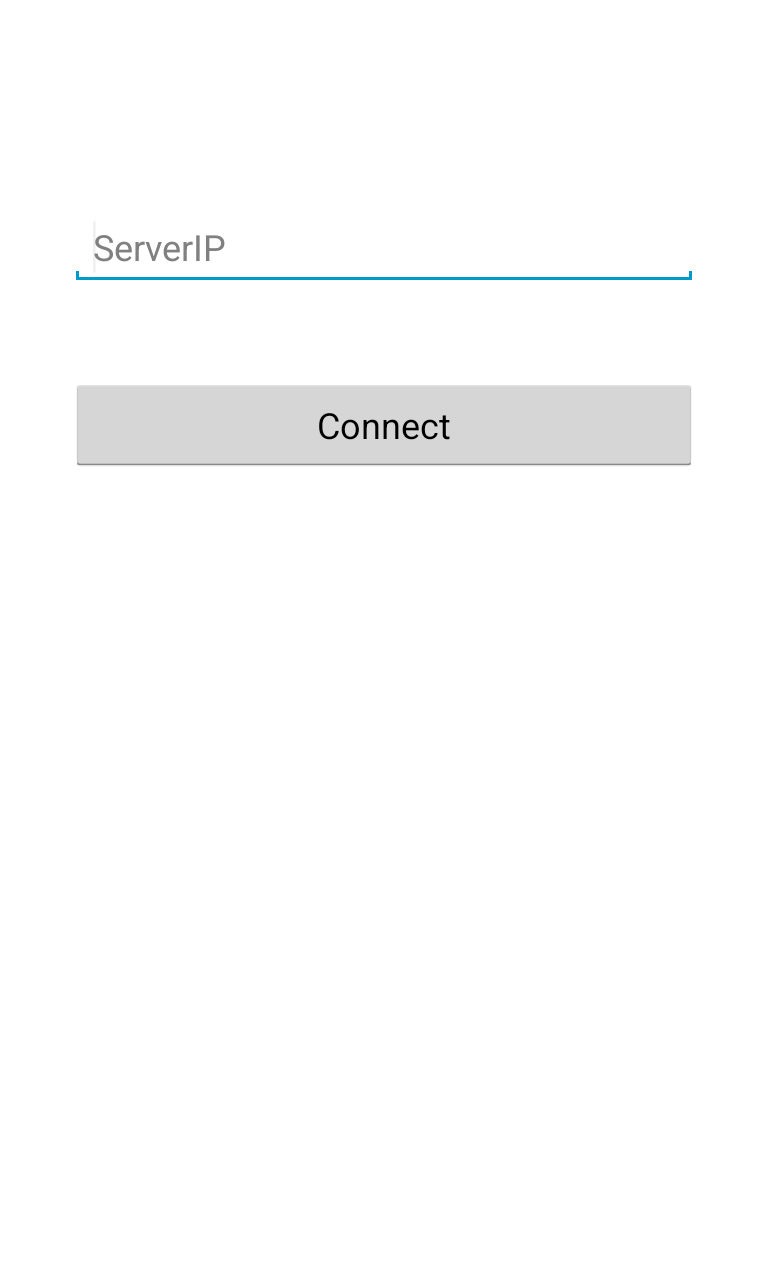
Repository: philipp-oldenburg/sagittarius
Layout: Sagittarius/Client/res/layout/activity_main.xml
An editor plug-in stored every save of this project. The layout is shown before and after the next save, followed by the edit.
It is drawn on a 768 x 1280 px phone screen (xhdpi) without system bars, with theme AppTheme; the app's code is not run.

Above is the layout before, as saved 2014-11-25 18:46:38.

### Sagittarius/Client/res/layout/activity_main.xml
<RelativeLayout xmlns:android="http://schemas.android.com/apk/res/android"
    xmlns:tools="http://schemas.android.com/tools"
    android:layout_width="match_parent"
    android:layout_height="match_parent"
    android:paddingBottom="@dimen/activity_vertical_margin"
    android:paddingLeft="@dimen/activity_horizontal_margin"
    android:paddingRight="@dimen/activity_horizontal_margin"
    android:paddingTop="@dimen/activity_vertical_margin"
    tools:context="project.sagittarius.client.MainActivity" >

    <EditText
        android:id="@+id/editText1"
        android:layout_width="wrap_content"
        android:layout_height="wrap_content"
        android:layout_alignParentTop="true"
        android:layout_centerHorizontal="true"
        android:layout_marginTop="88dp"
        android:ems="15"
        android:hint="@string/tf_serverip"
        android:inputType="phone" >

        <requestFocus />
    </EditText>

    <Button
        android:id="@+id/button1"
        android:layout_width="wrap_content"
        android:layout_height="wrap_content"
        android:layout_alignLeft="@+id/editText1"
        android:layout_alignRight="@+id/editText1"
        android:layout_below="@+id/editText1"
        android:layout_marginTop="45dp"
        android:text="@string/bt_connect" />

</RelativeLayout>

### Sagittarius/Client/res/values/strings.xml
<?xml version="1.0" encoding="utf-8"?>
<resources>

    <string name="app_name">Client</string>
    <string name="action_settings">Settings</string>
    <string name="tf_serverip">ServerIP</string>
    <string name="bt_connect">Connect</string>

</resources>

Loaded but not shown: Sagittarius/Client/res/values/styles.xml (common file); Sagittarius/Client/res/values-v11/styles.xml (common file); Sagittarius/Client/res/values-v14/styles.xml (common file); Sagittarius/Client/res/values/dimens.xml (common file); Sagittarius/Client/res/values-w820dp/dimens.xml (common file)

After the next save:
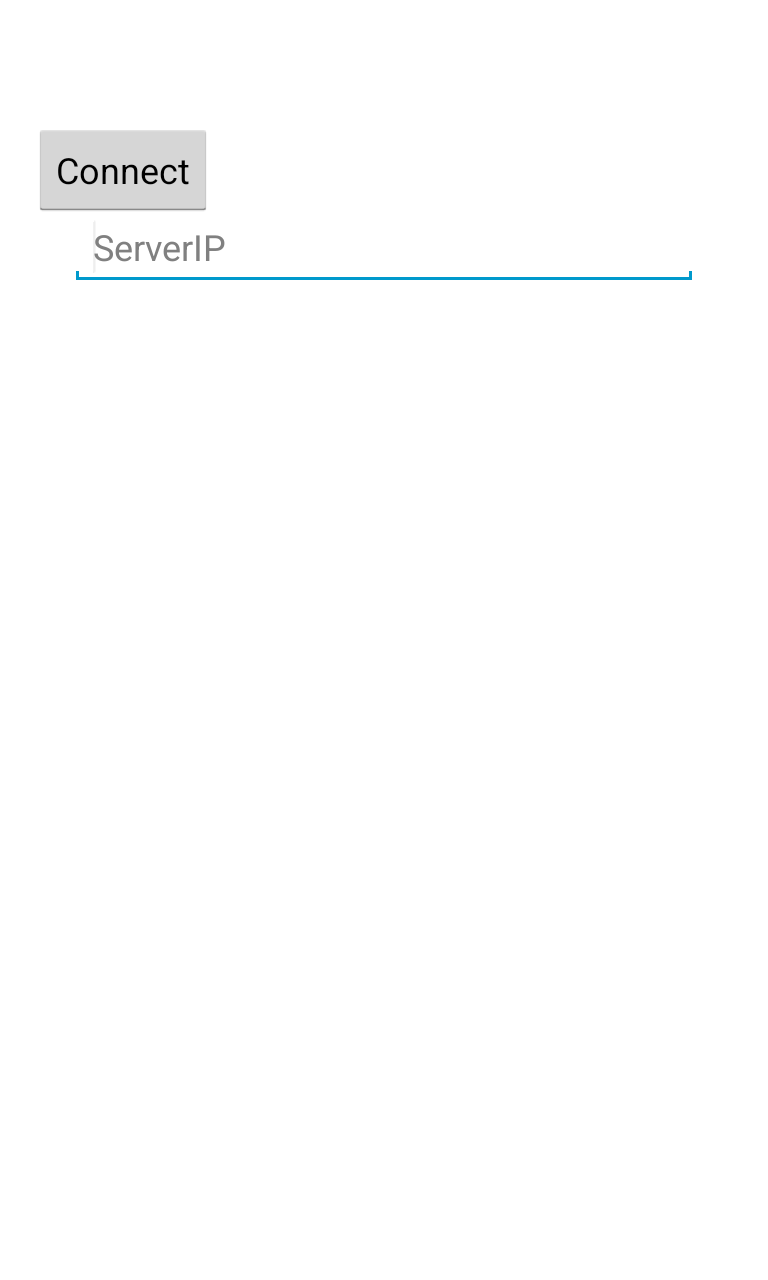
Saved 3 min 17 s later.
--- a/Sagittarius/Client/res/layout/activity_main.xml
+++ b/Sagittarius/Client/res/layout/activity_main.xml
@@ -9,7 +9,7 @@
     tools:context="project.sagittarius.client.MainActivity" >
 
     <EditText
-        android:id="@+id/editText1"
+        android:id="@+id/tf_ip"
         android:layout_width="wrap_content"
         android:layout_height="wrap_content"
         android:layout_alignParentTop="true"
@@ -23,7 +23,7 @@
     </EditText>
 
     <Button
-        android:id="@+id/button1"
+        android:id="@+id/bt_connect"
         android:layout_width="wrap_content"
         android:layout_height="wrap_content"
         android:layout_alignLeft="@+id/editText1"

After the save that followed:
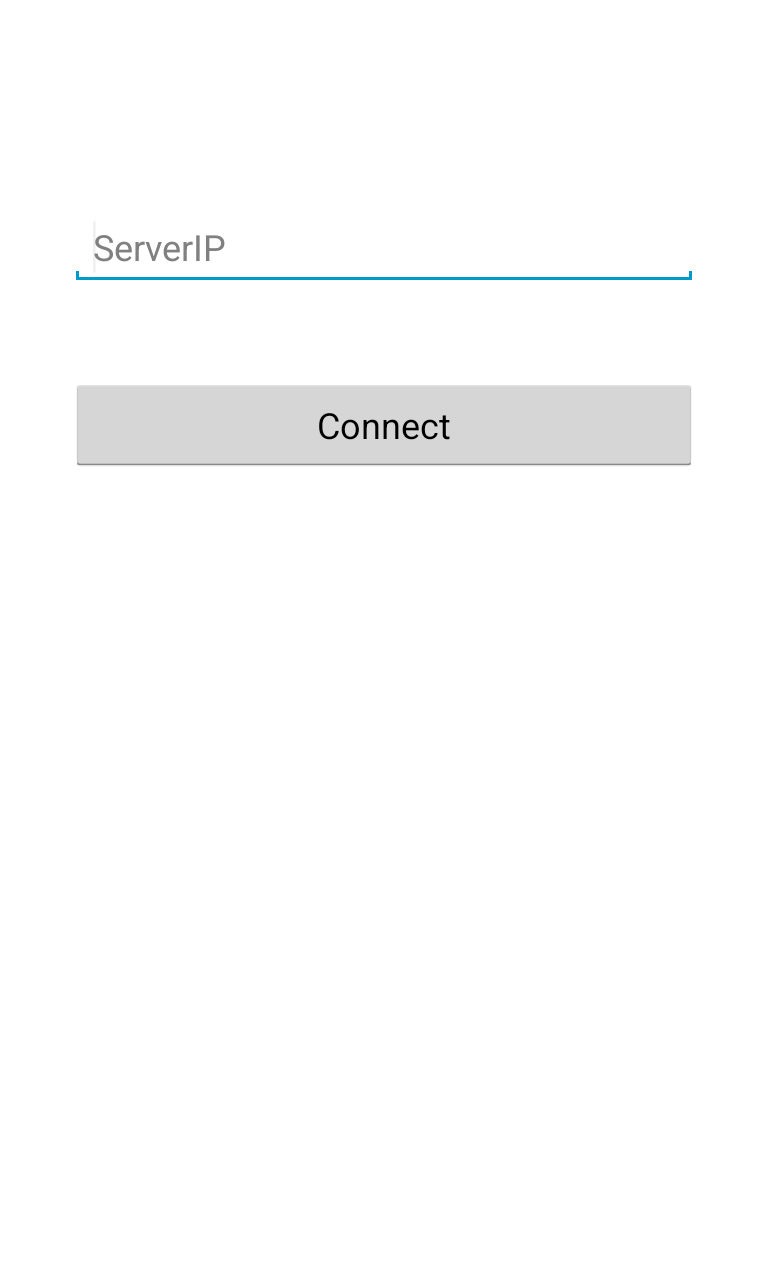
Saved 23 s later.
--- a/Sagittarius/Client/res/layout/activity_main.xml
+++ b/Sagittarius/Client/res/layout/activity_main.xml
@@ -26,9 +26,9 @@
         android:id="@+id/bt_connect"
         android:layout_width="wrap_content"
         android:layout_height="wrap_content"
-        android:layout_alignLeft="@+id/editText1"
-        android:layout_alignRight="@+id/editText1"
-        android:layout_below="@+id/editText1"
+        android:layout_alignLeft="@+id/tf_ip"
+        android:layout_alignRight="@+id/tf_ip"
+        android:layout_below="@+id/tf_ip"
         android:layout_marginTop="45dp"
         android:text="@string/bt_connect" />
 
